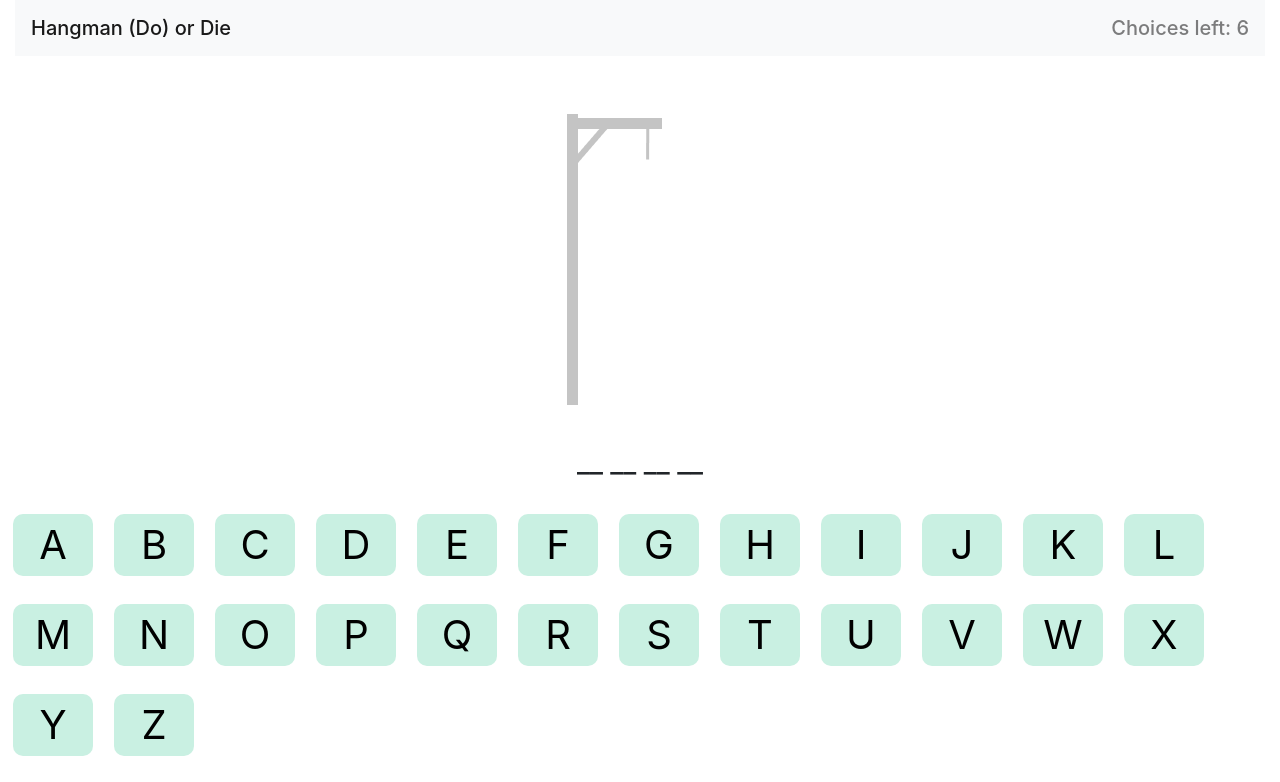
Repository: jatinhchanchlani/hangman
Page: /
These files come from the project's save history. The page is drawn as it stood at one moment and after a run of saves; the edit follows.
The browser window is 1280 px wide. The pictures show the whole page.
The project was rebuilt for these pictures with package versions that can differ from the ones it lists, and the page was loaded fresh each time. Also part of the build but not shown: src/App.css, src/components/playAgain.jsx.

Above is the page before, as saved 2020-10-25 20:53:31.

### src/index.js
import React from 'react';
import ReactDOM from 'react-dom';
import './index.css';
import App from './App';
import * as serviceWorker from './serviceWorker';
import 'bootstrap/dist/css/bootstrap.css';

ReactDOM.render( <
  React.StrictMode >
  <
  App / >
  <
  /React.StrictMode>,
  document.getElementById('root')
);

// If you want your app to work offline and load faster, you can change
// unregister() to register() below. Note this comes with some pitfalls.
// Learn more about service workers: https://bit.ly/CRA-PWA
serviceWorker.unregister();

### src/App.js
import React from 'react';
import './App.css';
import Game from './components/game';

function App() {
  return ( <
    Game / >
  );
}

export default App;

### src/components/game.jsx
import React, { Component } from "react";
import Header from "./header";
import PlayAgain from "./playAgain";
import { getOutputCharacters } from "../model/cities";
import OutputCharacters from "./outputCharacters";
import Hangman from "./image";
import InputCharacters from "./inputCharacters";

const MAX_CHOICES = 6;

class Game extends Component {
  state = {
    maxChoices: MAX_CHOICES,
    choicesLeft: MAX_CHOICES,
    outputCharacters: getOutputCharacters(),
    inputCharacters: this.getAllLetters(),
  };

  render() {
    return (
      <div className="container-fluid">
        <Header choicesLeft={this.state.choicesLeft} />

        <p className="text-center">
          <Hangman
            choicesLeft={this.state.choicesLeft}
            maxChoices={this.state.maxChoices}
          />
        </p>

        <p className="text-center">
          <OutputCharacters
            characters={this.state.outputCharacters}
            gameLost={this.gameLost()}
          />
        </p>

        <p className="text-center">
          <InputCharacters
            characters={this.state.inputCharacters}
            onClick={(character) => this.handleInputCharacterClicked(character)}
            gameWon={this.gameWon()}
            gameLost={this.gameLost()}
          />

          <PlayAgain
            gameWon={this.gameWon()}
            gameLost={this.gameLost()}
            onClick={() => this.handleReset()}
          />
        </p>
      </div>
    );
  }

  handleInputCharacterClicked(character) {
    if (character.canClick) {
      const { outputCharacters, inputCharacters, choicesLeft } = this.state;
      outputCharacters
        .filter((c) => c.value.toUpperCase() === character.value)
        .map((c) => (c.guessed = true));

      const letterMatch = outputCharacters.some(
        (c) => c.value.toUpperCase() === character.value
      );

      const choices = letterMatch ? choicesLeft : choicesLeft - 1;

      const l = inputCharacters.indexOf(character);
      inputCharacters[l].canClick = false;
      this.setState({
        choicesLeft: choices,
        inputCharacters: inputCharacters,
        outputCharacters: outputCharacters,
      });
    }
  }

  gameWon() {
    return this.state.outputCharacters.every((c) => c.guessed === true);
  }

  gameLost() {
    return this.state.choicesLeft === 0;
  }

  handleReset() {
    this.setState({
      maxChoices: MAX_CHOICES,
      choicesLeft: MAX_CHOICES,
      outputCharacters: getOutputCharacters(),
      inputCharacters: this.getAllLetters(),
    });
  }

  getAllLetters() {
    return Array(26)
      .fill()
      .map((_, index) => String.fromCharCode("A".charCodeAt(0) + index))
      .map((char) => ({ value: char, canClick: true }));
  }
}

export default Game;

### src/components/header.jsx
import React, { Component } from "react";

class Header extends Component {
  render() {
    return (
      <nav className="navbar navbar-light bg-light d-flex flex-column flex-sm-row">
        <span className="navbar-brand mb-0 h1">Hangman (Do) or Die</span>
        <span className="mb-0 h5 navbar-text nav-item">
          Choices left: {this.props.choicesLeft}
        </span>
      </nav>
    );
  }
}

export default Header;

### src/model/cities.js
const MIN = 0;
const MAX = 24;

const cities = {
    0: "Mumbai",
    1: "New Delhi",
    2: "Chennai",
    3: "Hyderabad",
    4: "Bengaluru",
    5: "Ahmedabad",
    6: "Jaipur",
    7: "Kolkata",
    8: "Lucknow",
    9: "Bhopal",
    10: "Chandigarh",
    11: "Patna",
    12: "Jabalpur",
    13: "Pune",
    14: "Surat",
    15: "Indore",
    16: "Kanpur",
    17: "Visakhapatnam",
    18: "Agra",
    19: "Varanasi",
    20: "Amritsar",
    21: "Udaipur",
    22: "Noida",
    23: "Ludhiana",
    24: "Gwalior",
}

// Returns a random number between min and max. Min and max are both inclusive
export function getRandomIntInclusive(min, max) {
    min = Math.ceil(min);
    max = Math.floor(max);
    return Math.floor(Math.random() * (max - min + 1) + min);
}

export function getOutputCharacters() {
    const city = cities[getRandomIntInclusive(MIN, MAX)];
    return [...city].map(c => ({
        value: c,
        guessed: false
    }));
}

### src/components/outputCharacters.jsx
import React, { Component } from "react";

class OutputCharacters extends Component {
  render() {
    const { characters, gameLost } = this.props;
    console.log(characters);
    return (
      <React.Fragment>
        <br />
        <h3>{characters.map((c) => this.getCharacter(c, gameLost))}</h3>
      </React.Fragment>
    );
  }

  getCharacter(character, gameLost) {
    const emptySpace = "        ";
    if (character.value === " ") {
      return emptySpace;
    } else {
      if (character.guessed || gameLost) {
        return character.value.toUpperCase() + emptySpace;
      } else {
        return "__" + emptySpace;
      }
    }
  }
}

export default OutputCharacters;

### src/components/image.jsx
import React, { Component } from "react";

class Image extends Component {
  render() {
    const { choicesLeft, maxChoices } = this.props;
    const imagePath = maxChoices - choicesLeft + ".jpg";
    return <img src={require("../images/" + imagePath)} alt={imagePath} />;
  }
}

export default Image;

### src/components/inputCharacters.jsx
import React, { Component } from "react";
import "../css/letters.css";

class InputCharacters extends Component {
  render() {
    const { characters, gameWon, gameLost } = this.props;
    console.log(gameWon);
    if (gameWon || gameLost) {
      return null;
    } else {
      return (
        <div className="row">
          {characters.map((character) => (
            <button
              key={character.value}
              className="letter-button"
              style={{ backgroundColor: this.getBackground(character) }}
              onClick={() => this.props.onClick(character)}
            >
              {character.value}
            </button>
          ))}
        </div>
      );
    }
  }

  getBackground(character) {
    if (character.canClick) {
      return "#c9f0e2";
    } else {
      return "Red";
    }
  }
}

export default InputCharacters;

### src/css/letters.css
.letter-button {
    border: none;
    font-family: inherit;
    font-size: 2.5rem;
    cursor: pointer;
    width: 5rem;
    margin: 18px 8px 10px 13px;
    letter-spacing: 0;
    outline: none !important;
    color: #000;
    border-radius: 10px;
}

.letter-button:hover {
    box-shadow: 0 12px 16px 0 rgba(0, 0, 0, 0.24), 0 17px 50px 0 rgba(0, 0, 0, 0.19);
}

Loaded but not shown: public/index.html (common file); src/index.css (common file); src/serviceWorker.js (common file)

After the next 2 saves:
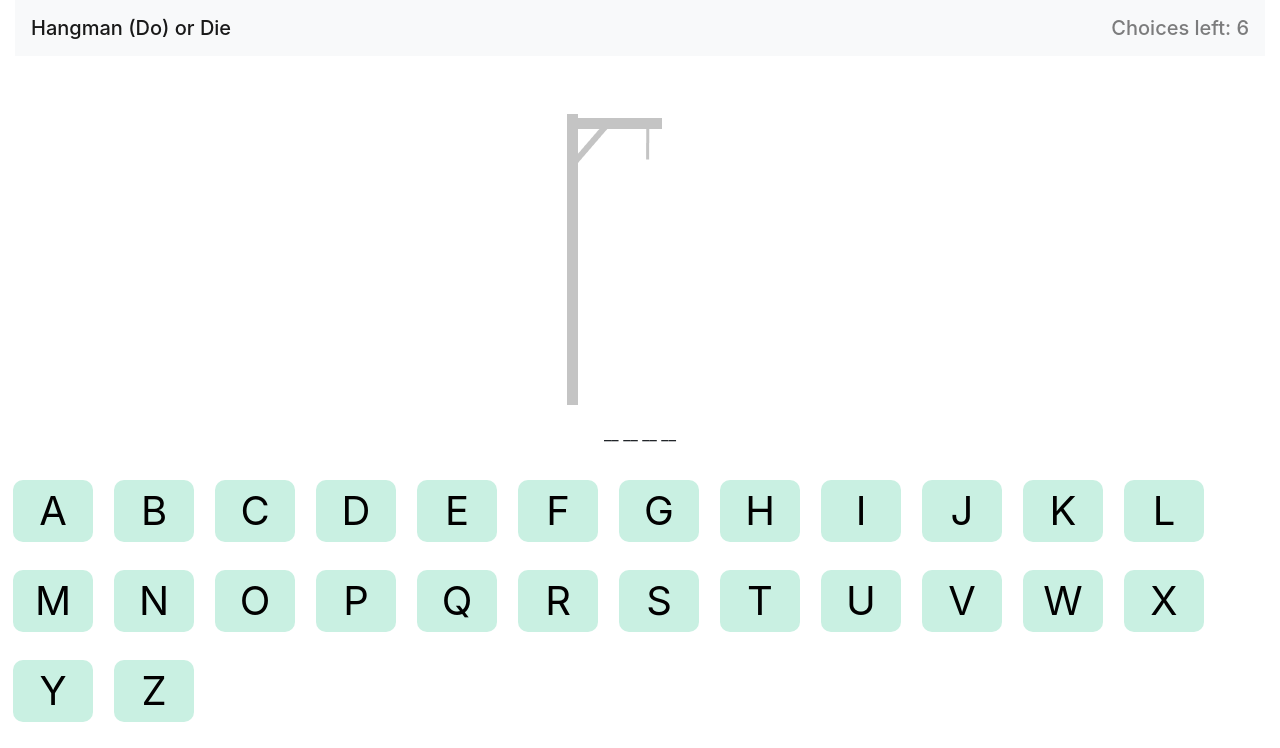
The 2 saves are shown as one change because they came seconds apart.
The last was saved 31 s later.
--- a/src/components/outputCharacters.jsx
+++ b/src/components/outputCharacters.jsx
@@ -6,8 +6,7 @@ class OutputCharacters extends Component {
     console.log(characters);
     return (
       <React.Fragment>
-        <br />
-        <h3>{characters.map((c) => this.getCharacter(c, gameLost))}</h3>
+        {characters.map((c) => this.getCharacter(c, gameLost))}
       </React.Fragment>
     );
   }
